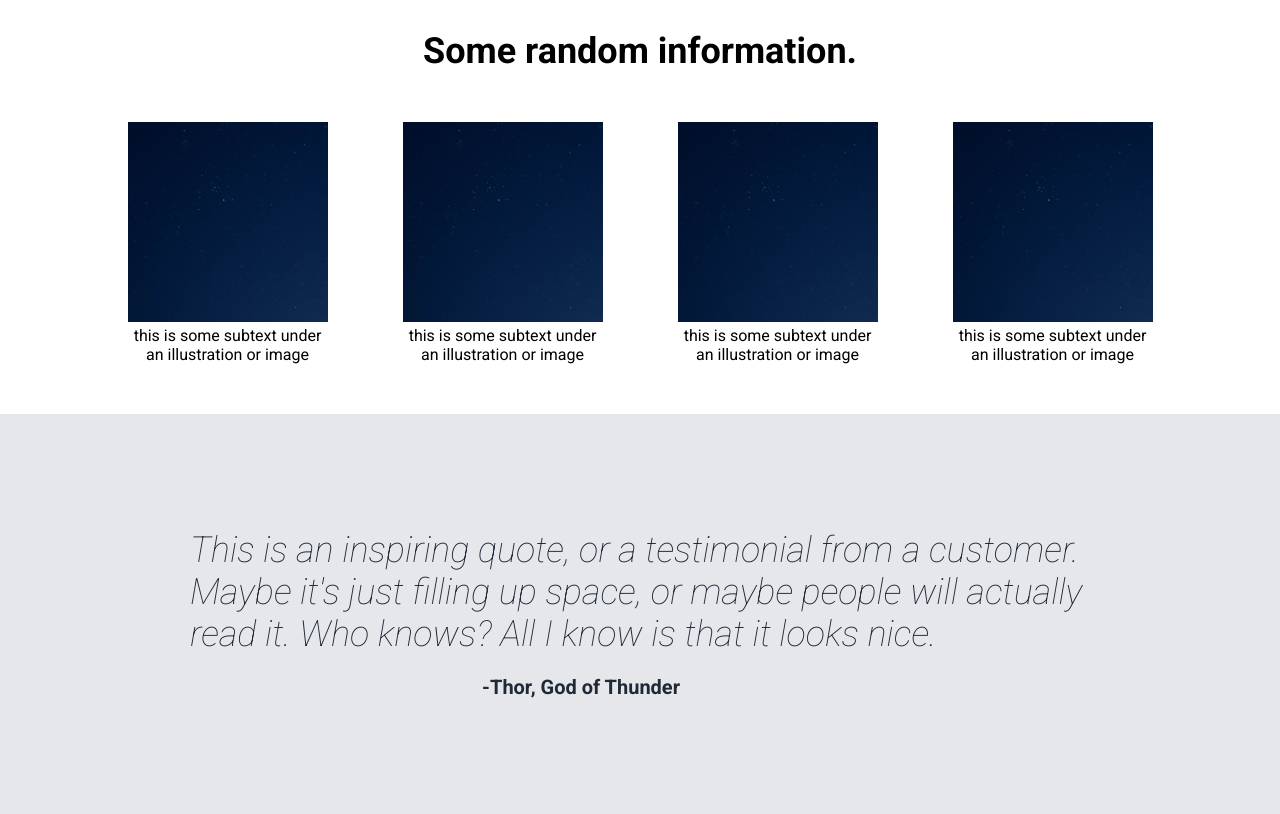
Repository: aaronestre/odin-landingpage
Page: index.html
These files come from the project's save history. The page is drawn as it stood at one moment and after the next save; the edit follows.
The browser window is 1280 px wide. The pictures show the part of the page from y = 570 to 1384 px (the page is 1384 px tall).
A picture or video elsewhere on the page could not be fetched, so the positions and the page height are approximate.

Above is the page before, as saved 2025-02-12 20:33:26.

### index.html
<!DOCTYPE html>
<html lang="en">
    <head>
        <meta charset="UTF-8" />
        <meta http-equiv="X-UA-Compatible" content="IE=edge" />
        <meta name="viewport" content="width=device-width, initial-scale=1.0" />
        <link rel="stylesheet" href="index.css" />
        <link rel="preconnect" href="https://fonts.googleapis.com">
<link rel="preconnect" href="https://fonts.gstatic.com" crossorigin>
<link href="https://fonts.googleapis.com/css2?family=Permanent+Marker&family=Roboto:ital,wght@0,100..900;1,100..900&display=swap" rel="stylesheet">

        <title>Odin Landing Page</title>
    </head>
    <body>
        <div class="header">
            <h1>Header Logo</h1>
            <div class="header-right">
                <p>header link 1</p>
                <p>header link 2</p>
                <p>header link 3</p>
            </div>
        </div>
        <div class="hero">
            <div class="hero-left">
                <h1>This website is awesome</h1>
                <p>This website has some subtext that goes here under the main title. It's a smaller font and the color is lower contrast</p>
                <button>Sign up</button>
            </div>
            <div class="hero-right">
                <img class="hero-image" src="./pictures/hero-image.jpg" alt="This is a placeholder for an image" />
            </div>
        </div>
        <div class="info">
            <h1>Some random information.</h1>
            <div class="info-container">
                <div class="info-item">
                    <img class="info-image" src="./pictures/placeholder.jpg" alt="This is a placeholder for an image" />
                    <p class="info-text">this is some subtext under an illustration or image</p>
                </div>
                <div class="info-item">
                    <img class="info-image" src="./pictures/placeholder.jpg" alt="This is a placeholder for an image" />
                    <p class="info-text">this is some subtext under an illustration or image</p>
                </div>
                <div class="info-item">
                    <img class="info-image" src="./pictures/placeholder.jpg" alt="This is a placeholder for an image" />
                    <p class="info-text">this is some subtext under an illustration or image</p>
                </div>
                <div class="info-item">
                    <img class="info-image" src="./pictures/placeholder.jpg" alt="This is a placeholder for an image" />
                    <p class="info-text">this is some subtext under an illustration or image</p>
                </div>
            </div>
        </div>
        <div class="quote">
            <p class="quote-text">
                This is an inspiring quote, or a testimonial from a customer. Maybe it's just filling up space, or maybe people will actually read it. Who knows? All I know is that it looks nice.
            </p>
            <p class="quote-author">-Thor, God of Thunder</p>
        </div>
    </body>
</html>

### index.css
* {
    margin: 0;
    padding: 0;
    box-sizing: border-box;
    font-family: Roboto;
}

.header {
    background-color: #1f2937;
    margin: 0px;
    width: 100%;
    height: 50px;
    color: white;
    font-family: Roboto;
    display: flex;
    justify-content: space-around;
    align-items: center;
}

.header h1 {
    font-size: 32px;
}

.header-right {
    display: flex;
    justify-content: flex-end;
    font-size: 18px;
    gap: 16px;
}

.hero {
    background-color: #1f2937;
    color: white;
    width: 100%;
    height: 500px;
    display: flex;
    justify-content: space-around;
    align-items: center;
}

.hero-left {
    margin-left: 175px;
    width: 20%;
}

.hero h1 {
    font-size: 48px;
    margin-bottom: 10px;
}

.hero p {
    font-size: 18px;
    margin-bottom: 10px;
}

.hero button {
    background-color: #3882f6;
    color: white;
    width: 100px;
    height: 40px;
    border-radius: 10px;
    border: none;
}

.hero-image {
    background-color: #1f2937;
    margin-right: 175px;
    height: 350px;
    display: flex;
    justify-content: center;
    align-items: center;
}

.info {
    display: flex;
    flex-direction: column;
    justify-content: center;
    align-items: center;
    margin-bottom: 50px;
}

.info h1 {
    font-size: 36px;
    margin: 50px 0;
}

.info-container {
    display: flex;
    justify-content: center;
    align-items: center;
    gap: 75px;
}

.info-image {
    width: 200px;
}

.info-text {
    width: 200px;
    text-align: center;
}

.quote {
    background-color: #e5e7eb;
    display: flex;
    flex-direction: column;
    justify-content: center;
    align-items: center;
    font-size: 36px;
    color: #1f2937;
    height: 400px;
}

.quote-text {
    font-style: italic;
    font-weight: 100;
    margin-bottom: 20px;
    width: 900px;
}

.quote-author {
    font-weight: bold;
    font-size: 20px;
    align-self: flex-end;
    margin-right: 600px;
}

After the next save:
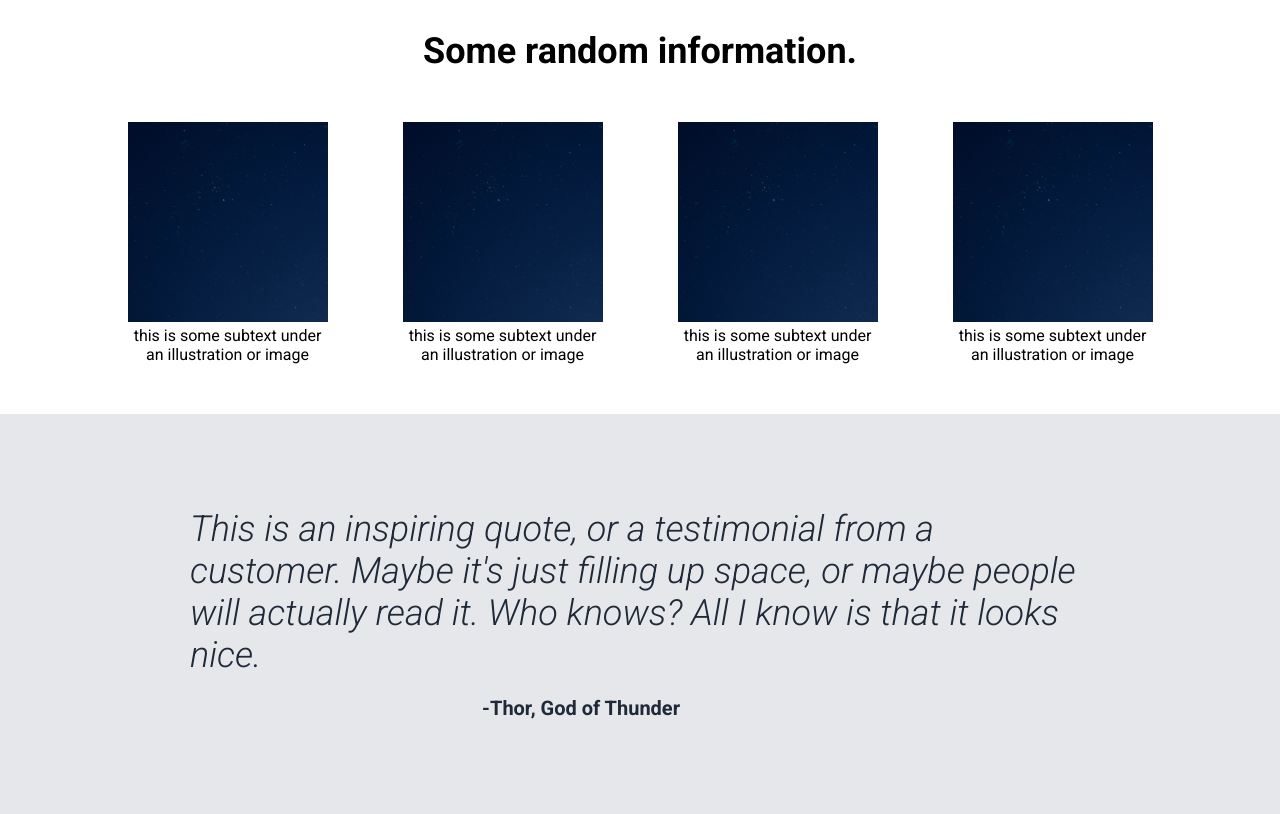
Saved 6 s later.
--- a/index.css
+++ b/index.css
@@ -113,7 +113,7 @@
 
 .quote-text {
     font-style: italic;
-    font-weight: 100;
+    font-weight: 300;
     margin-bottom: 20px;
     width: 900px;
 }
